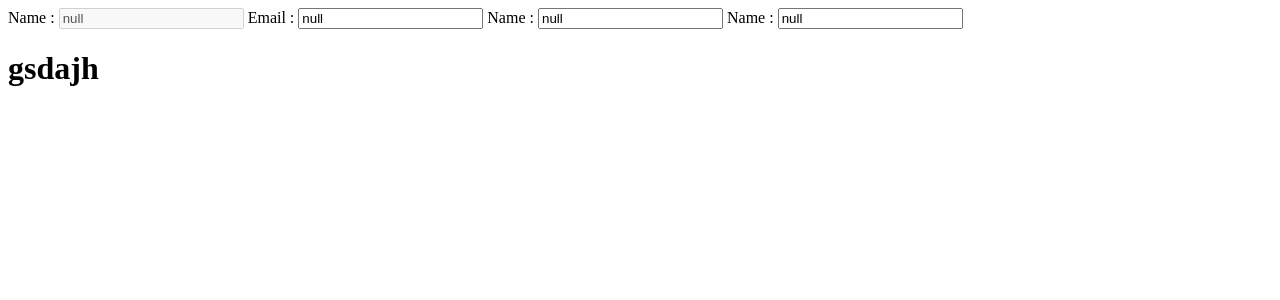
Repository: Ramakrishnmagadum/Servlet
Page: http://localhost/JSP_CRUD_Project/edituser.jsp
These files come from the project's save history. The page is drawn as it stood at one moment and after the next save; the edit follows.
The browser window is 1280 px wide. The pictures show the whole page.
The page is served by Tomcat 9. Queries for data that is not in the repository find no rows.

Above is the page before, as saved 2025-02-28 17:47:19.

After the next save:
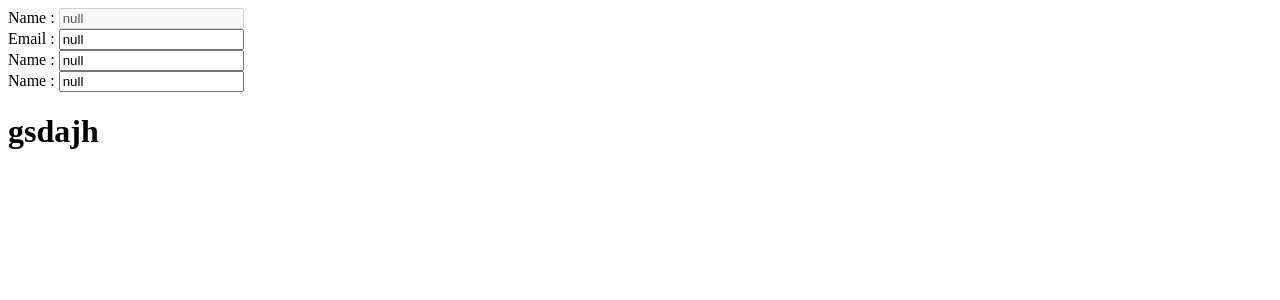
Saved 17 s later.
--- a/JSP_CRUD_Project/src/main/webapp/edituser.jsp
+++ b/JSP_CRUD_Project/src/main/webapp/edituser.jsp
@@ -17,9 +17,9 @@ String country =bean.getCountry();
 String sex =bean.getSex();
 %>
 <form action="edituser2.jsp" method="post">
-Name : <input type="text" name="name" value="<%=name2%>" disabled="disabled">
-Email : <input type="text" name="name" value="<%=email%>" >
-Name : <input type="text" name="name" value="<%=country%>" >
+Name : <input type="text" name="name" value="<%=name2%>" disabled="disabled"><br>
+Email : <input type="text" name="name" value="<%=email%>" ><br>
+Name : <input type="text" name="name" value="<%=country%>" ><br>
 Name : <input type="text" name="name" value="<%=sex%>" >
 </form>
 <h1>gsdajh</h1>
